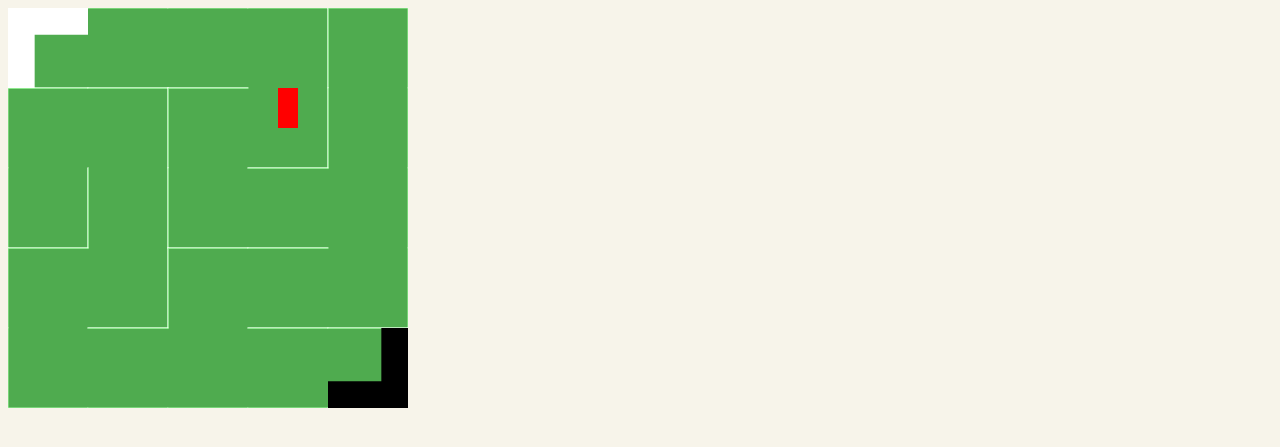
Repository: animarcus/maze-generator
Page: index.html
The author's editor kept a copy of each file at every save. The page is drawn from the files as they stood at one save, then again after the next save.
The browser window is 1280 px wide. The pictures show the whole page.
Some web libraries are served in a nearby version.

Above is the page before, as saved 2020-09-12 18:36:48.

### index.html
<!DOCTYPE html>
<html lang="en">
<head>
  <link rel="apple-touch-icon" sizes="180x180" href="/icons/apple-touch-icon.png">
  <link rel="icon" type="image/png" sizes="32x32" href="/icons/favicon-32x32.png">
  <link rel="icon" type="image/png" sizes="16x16" href="/icons/favicon-16x16.png">
  <link rel="manifest" href="/icons/site.webmanifest">
  <link rel="mask-icon" href="/icons/safari-pinned-tab.svg" color="#5bbad5">
  <link rel="shortcut icon" href="/icons/favicon.ico">
  <meta name="msapplication-TileColor" content="#da532c">
  <meta name="msapplication-config" content="/icons/browserconfig.xml">
  <meta name="theme-color" content="#ffffff">

  <script type="text/javascript" src="https://cdn.jsdelivr.net/npm/p5@1.1.4/lib/p5.min.js"></script>
  <script src="js/cell.js"></script>
  <script src="js/sketch.js"></script>
  <script src="js/solver.js"></script>


  <link rel="stylesheet" href="css/style.css">
  <meta charset="UTF-8">
  <meta name="viewport" content="width=device-width, initial-scale=1.0, maximum-scale=1.0, user-scalable=0">
  <title>Maze Generator</title>
</head>
<body>
</body>
</html>

### js/cell.js
class Cell {
  constructor(i, j) {
    this.i = i;
    this.j = j;
    this.walls = [true,true,true,true];
    this.visited = false;
  }
  checkNeighbors() {
    let neighbors = [];
    // console.log(index(i+1  , j   ));
    let top     = grid[index(this.i    , this.j-1 )];
    let right   = grid[index(this.i+1  , this.j   )];
    let bottom  = grid[index(this.i    , this.j +1)];
    let left    = grid[index(this.i-1  , this.j   )];
    if (top && !top.visited) {
      neighbors.push(top);
    }
    if (right && !right.visited) {
      neighbors.push(right);
    }
    if (bottom && !bottom.visited) {
      neighbors.push(bottom);
    }
    if (left && !left.visited) {
      neighbors.push(left);
    }
    if (neighbors.length > 0) {
      let r = floor(Math.random() * neighbors.length);
      return neighbors[r];
    } else {
      return undefined;
    }
  }
  highlight() {
    let x = this.i * w;
    let y = this.j * w;
    fill(150, 0, 0, 255);
    noStroke();
    rect(x, y, w, w);
  }
  show() {
    let x = this.i*w;
    let y = this.j*w;
    stroke(255);
    if (this.walls[0]) {
      line(x,y,x+w,y);
    }
    if (this.walls[1]) {
      line(x+w,y,x+w,y+w);
    }
    if (this.walls[2]) {
      line(x+w,y+w,x,y+w);
    }
    if (this.walls[3]) {
      line(x,y+w,x,y);
    }
    if (this.visited) {
      noStroke();
      fill(100, 255, 100, 150);
      rect(x, y, w, w);
    }
  }
}

### js/sketch.js



let cols, rows;
let w = 80;
let grid = [];
let current;
let stack = [new Cell(0, 0)];

let generated;
let solveOK;


function setup() {
  createCanvas(400,400);
  cols = floor(width/w);
  rows = floor(width/w);

  // frameRate(7);

  generated = false;
  solveOK = false;

  for (let j = 0; j < rows; j++) {
    for (let i = 0; i < cols; i++) {
      let cell = new Cell(i,j);
      grid.push(cell);
    }
  }
  current = grid[0];
}

function draw() {
  background(51);
  for (let i = 0; i < grid.length; i++) {
    grid[i].show();
  }
  if (!generated) {
    maze.generateMaze();
  } else if (solveOK) {
    maze.solveMaze();
  }
}


let maze = {
  generateMaze : function() {
    current.visited = true;
    current.highlight();
    let next = current.checkNeighbors();
    // console.log(stack);
    if (next) {
      next.visited = true;
      //step 2
      stack.push(next);
      //step 3
      removeWalls(current, next);
      //step 4
      current = next;
    } else if (stack.length > 0) {
      current = stack.pop();
      if (stack.length == 0) {
        frameRate(3);
        // console.log("no");
        solver = new Solver(0, 0);
        generated = true;

        solveOK = true;
      }
    }
  },
  solveMaze : function() {
    // grid[0].highlight();
    noStroke();
    fill(color("white"));
    rect(grid[0].i, grid[0].j, w/3, w);
    rect(grid[0].i, grid[0].j, w, w/3);
    fill(color("black"));
    rect(grid[grid.length-1].i*w + w, grid[grid.length-1].j*w + w, -w/3, -w);
    rect(grid[grid.length-1].i*w + w, grid[grid.length-1].j*w + w, -w, -w/3);

    fill(color("red"));
    // rect(solver.i+w/10,solver.j+w/10,w-w/5,w-w/5);
    solver.draw();
    solver.move();
  }
};


function index(i, j) {
  if (i < 0 || j < 0 || i > cols-1 || j > rows-1) {
    return -1;
  }
  return i + j * cols;
}


function removeWalls(a, b) {
  let x = a.i - b.i;
  if (x === 1) {
    a.walls[3] = false;
    b.walls[1] = false;
  } else if (x == -1) {
    a.walls[1] = false;
    b.walls[3] = false;
  }

  let y = a.j - b.j;
  if (y === 1) {
    a.walls[0] = false;
    b.walls[2] = false;
  } else if (y === -1) {
    a.walls[2] = false;
    b.walls[0] = false;
  }

}

### js/solver.js
let facing;
class Solver {
  constructor(x, y) {
    this.i = x;
    this.j = y;
    this.direction = -1; // up-right-down-left
  }
  draw() {
    this.current = grid[index(this.i, this.j)];

    fill(color("red"));
    this.direction = Math.abs(this.direction);
    let x = this.i*w;
    let y = this.j*w;

    if (this.direction % 4 === 0) {
      this.direction = 0;
      this.facing = grid[index(this.i, this.j-1)];
      rect(x + w/2-w/8, y + w/2, w/4, -w/2);
    } else if (this.direction % 4 === 1) {
      this.direction = 1;
      rect(x + w/2, y + w/2-w/8, w/2, w/4);
      this.facing = grid[index(this.i+1, this.j)];
    } else if (this.direction % 4 === 2) {
      this.direction = 2;
      rect(x + w/2-w/8, y + w/2, w/4, w/2);
      this.facing = grid[index(this.i, this.j+1)];
    } else if (this.direction % 4 === 3) {
      this.direction = 3;
      rect(x + w/2, y + w/2-w/8, -w/2, w/4);
      this.facing = grid[index(this.i-1, this.j)];
    }
  }
  move() {
    console.log(" ");
    // console.log(this.current.walls);
    if (this.current.walls[this.direction]) {
      console.log("wall in front"); // wall in front
      if (this.current.walls[this.direction + 1]) {
        console.log("wall on right", this.direction-1); // wall on right
        if (this.current.walls[this.direction + 3 % 4]) {
          console.log("wall on left"); // wall on left
          this.direction += 1;
        } else {
          this.direction -= 1;
        }
      }
      else {
        this.direction += 1;
      }
    } else {
      this.i = this.facing.i;
      this.j = this.facing.j;
    }

    // up wall check : this.current.walls[0] && this.facing.walls[2]
    // right wall check : this.current.walls[1] && this.facing.walls[3]
    // down wall check : this.current.walls[2] && this.facing.walls[0]
    // left wall check : this.current.walls[3] && this.facing.walls[1]
  }
}

### css/style.css
* {
  cursor: default;
  /* -webkit-touch-callout: none;
  -webkit-user-select: none;
  -khtml-user-select: none;
  -moz-user-select: none;
  -ms-user-select: none;
  user-select: none; */
}
body {
  background: #f7f4ea;
  height: 100%;
  overflow-y: hidden;
  overflow-x: hidden;
  /* border-radius: 50%; */
}

/* p {
  position: absolute;
  top:50%;
  left:50%;
  transform: translate(-50%,-50%);
} */

After the next save:
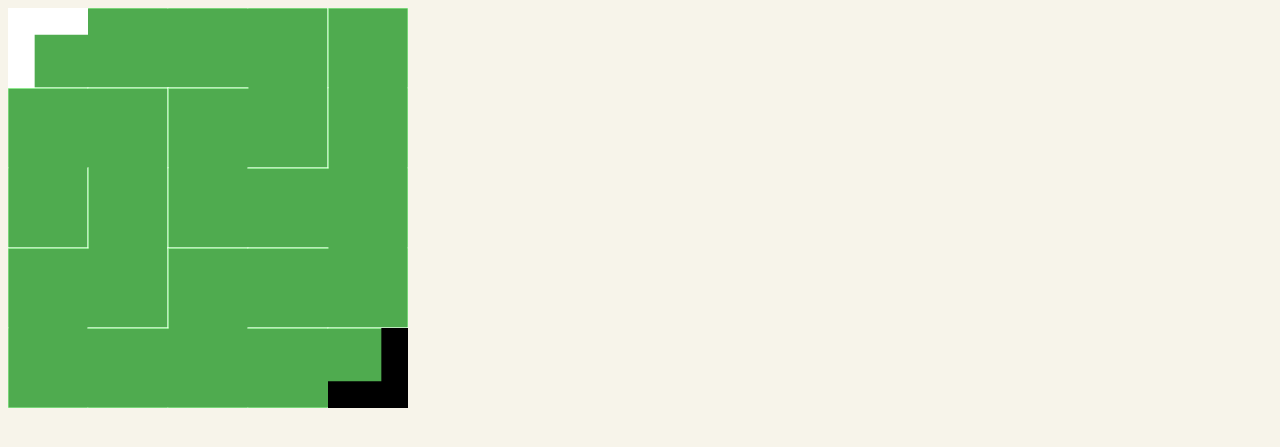
Console error: ReferenceError: fixDirectionIndex is not defined
Saved 14 min 24 s later.
--- a/js/solver.js
+++ b/js/solver.js
@@ -9,36 +9,31 @@
     this.current = grid[index(this.i, this.j)];
 
     fill(color("red"));
-    this.direction = Math.abs(this.direction);
+    // this.direction = Math.abs(this.direction);
     let x = this.i*w;
     let y = this.j*w;
-
+    fixDirectionIndex();
     if (this.direction % 4 === 0) {
-      this.direction = 0;
       this.facing = grid[index(this.i, this.j-1)];
       rect(x + w/2-w/8, y + w/2, w/4, -w/2);
     } else if (this.direction % 4 === 1) {
-      this.direction = 1;
       rect(x + w/2, y + w/2-w/8, w/2, w/4);
       this.facing = grid[index(this.i+1, this.j)];
     } else if (this.direction % 4 === 2) {
-      this.direction = 2;
       rect(x + w/2-w/8, y + w/2, w/4, w/2);
       this.facing = grid[index(this.i, this.j+1)];
     } else if (this.direction % 4 === 3) {
-      this.direction = 3;
       rect(x + w/2, y + w/2-w/8, -w/2, w/4);
       this.facing = grid[index(this.i-1, this.j)];
     }
   }
   move() {
     console.log(" ");
-    // console.log(this.current.walls);
-    if (this.current.walls[this.direction]) {
+    if (this.current.walls[solveDirection(this.direction)]) {
       console.log("wall in front"); // wall in front
-      if (this.current.walls[this.direction + 1]) {
-        console.log("wall on right", this.direction-1); // wall on right
-        if (this.current.walls[this.direction + 3 % 4]) {
+      if (this.current.walls[solveDirection(this.direction + 1)]) {
+        console.log("wall on right", solveDirection(this.direction -1)); // wall on right
+        if (this.current.walls[solveDirection(this.direction - 1)]) {
           console.log("wall on left"); // wall on left
           this.direction += 1;
         } else {
@@ -52,10 +47,26 @@
       this.i = this.facing.i;
       this.j = this.facing.j;
     }
-
     // up wall check : this.current.walls[0] && this.facing.walls[2]
     // right wall check : this.current.walls[1] && this.facing.walls[3]
     // down wall check : this.current.walls[2] && this.facing.walls[0]
     // left wall check : this.current.walls[3] && this.facing.walls[1]
   }
 }
+
+
+function solveDirection(dir) {
+  if (dir < 0) {
+    dir += 4;
+  }
+  if (dir % 4 === 0) {
+    dir = 0;
+  } else if (dir % 4 === 1) {
+    dir = 1;
+  } else if (dir % 4 === 2) {
+    dir = 2;
+  } else if (dir % 4 === 3) {
+    dir = 3;
+  }
+  return dir;
+}

After the save that followed:
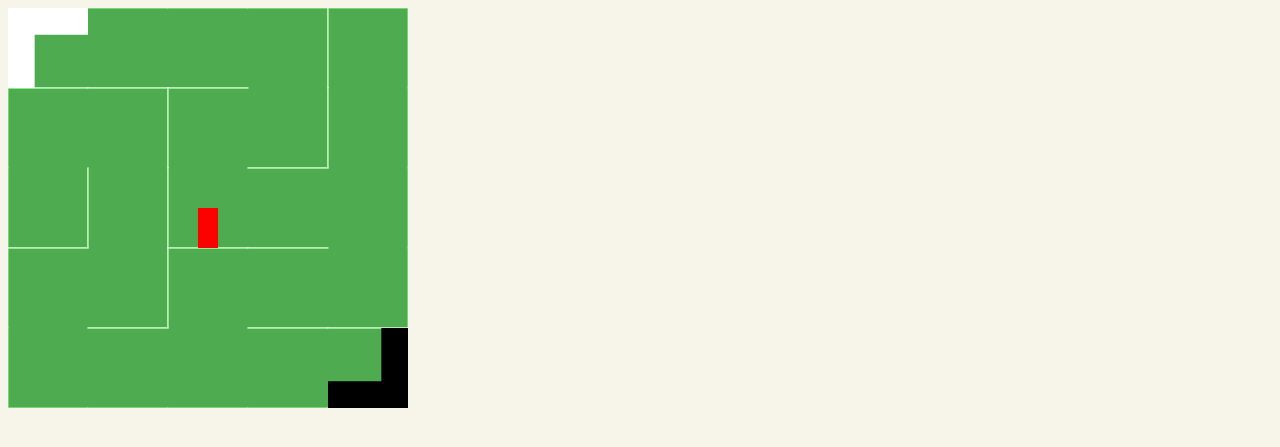
The error is gone.
Saved 21 s later.
--- a/js/solver.js
+++ b/js/solver.js
@@ -12,7 +12,6 @@
     // this.direction = Math.abs(this.direction);
     let x = this.i*w;
     let y = this.j*w;
-    fixDirectionIndex();
     if (this.direction % 4 === 0) {
       this.facing = grid[index(this.i, this.j-1)];
       rect(x + w/2-w/8, y + w/2, w/4, -w/2);
